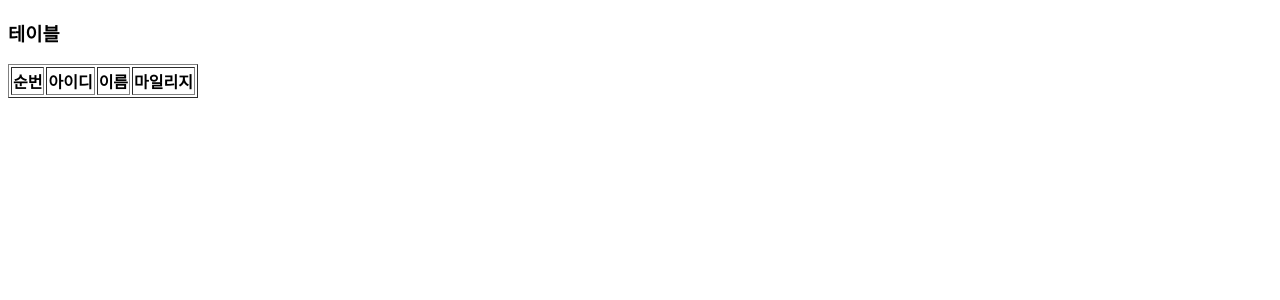
Repository: jelly02/workspace_web
Page: 02.html_form_table/src/main/webapp/sample_table.html
An editor plug-in stored every save of this project. The page is shown before and after the next save, followed by the edit.
The browser window is 1280 px wide. The pictures show the whole page.

Above is the page before, as saved 2021-06-24 01:11:48.

### 02.html_form_table/src/main/webapp/sample_table.html
<!DOCTYPE html PUBLIC "-//W3C//DTD HTML 4.01 Transitional//EN" "http://www.w3.org/TR/html4/loose.dtd">
<html>
	<head>
	<meta http-equiv="Content-Type" content="text/html; charset=UTF-8">
	<title>테이블 예제</title>
	</head>

	<body>
		<h3> 테이블</h3>

		<table border="1">
			<tr>
				<th>순번</th>
				<th>아이디</th>
				<th>이름</th>
				<th>마일리지</th>
			</tr>
		</table>

	</body>
</html>

After the next save:
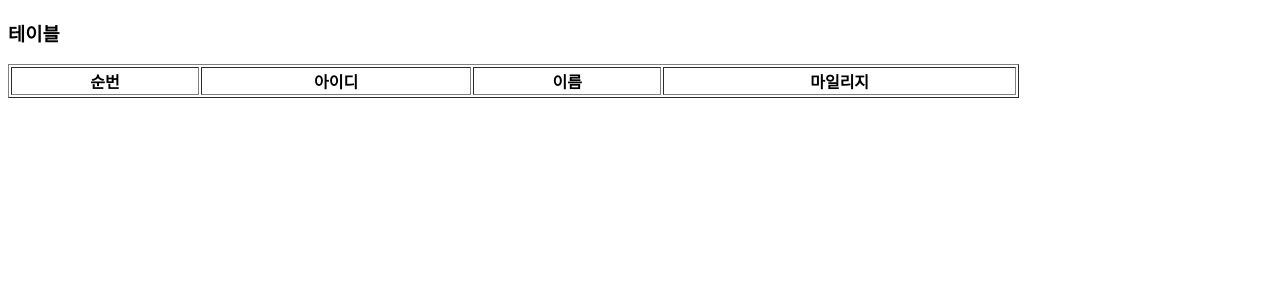
Saved 2 min 32 s later.
--- a/02.html_form_table/src/main/webapp/sample_table.html
+++ b/02.html_form_table/src/main/webapp/sample_table.html
@@ -8,7 +8,7 @@
 	<body>
 		<h3> 테이블</h3>
 
-		<table border="1">
+		<table border="1" width="80%" heigth="70%">
 			<tr>
 				<th>순번</th>
 				<th>아이디</th>
